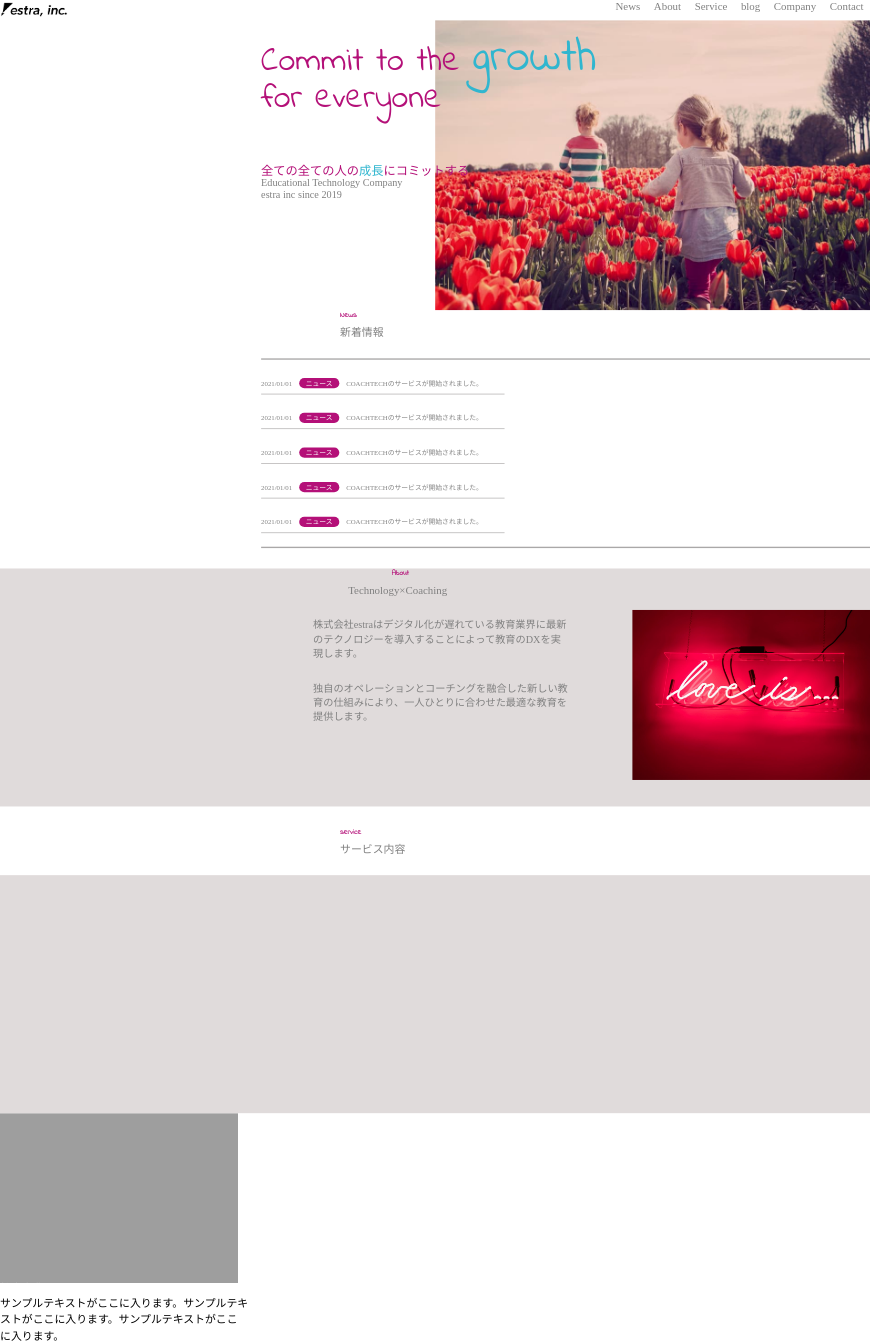
Repository: sigemasaasuka/20210902
Page: index.html
An editor plug-in stored every save of this project. The page is shown before and after a run of saves, followed by the edit.
The browser window is 1280 px wide. The pictures show the whole page, at 68% of full size.
Pictures or frames that could not be fetched are drawn as grey boxes.

Above is the page before, as saved 2021-09-25 20:49:09.

After the next 3 saves:
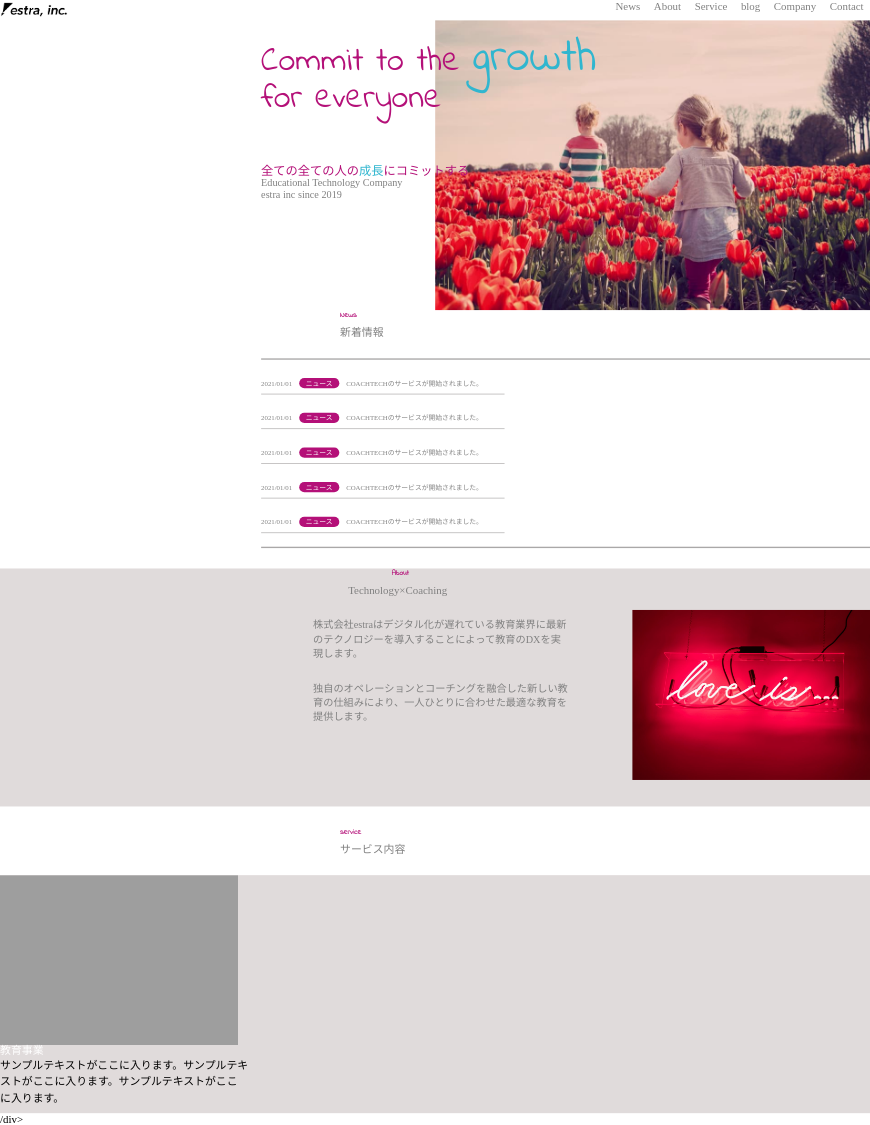
The 3 saves are shown as one change because they came seconds apart.
The last was saved 12 s later.
--- a/index.html
+++ b/index.html
@@ -100,7 +100,7 @@
   <div class="list-3">
     <h3>サービス内容</h3>
   </div>
-  <div class="colored"></div>
+  <div class="colored">
   <div class="photo">
     <img class="service__img" src="img/img/service__fitst.svg" alt="service">
   </div>
@@ -111,6 +111,7 @@
     サンプルテキストがここに入ります。サンプルテキ<br>ストがここに入ります。サンプルテキストがここ<br>に入ります。
   </div>
 </div>
+/div>
 
 
 </body>
